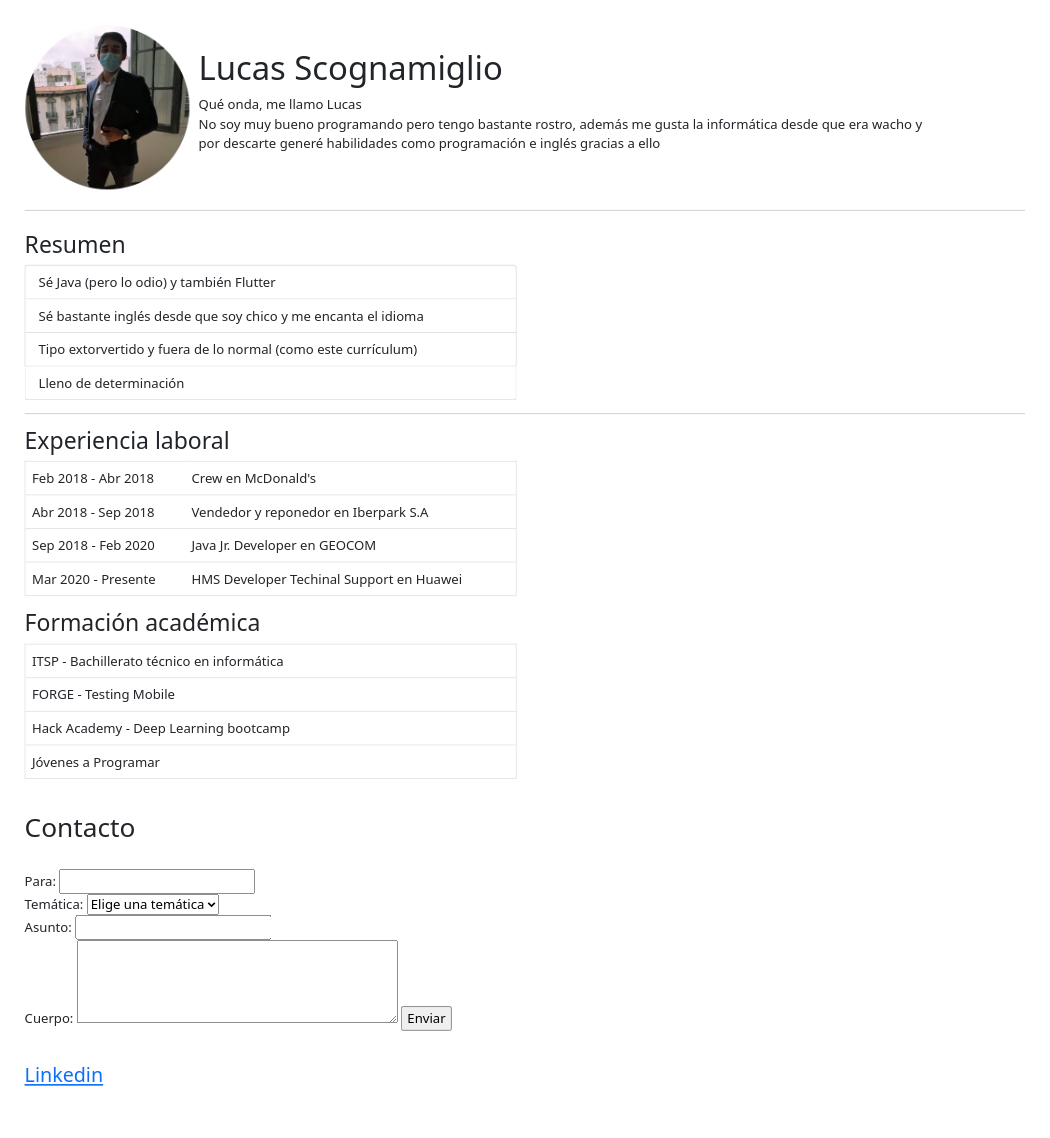
Repository: ScoggoDev/DesarrolloWeb
Page: tarea en equipo 1/CV/cv.html
The author's editor kept a copy of each file at every save. The page is drawn from the files as they stood at one save, then again after the next save.
The browser window is 1280 px wide. The pictures show the whole page, at 82% of full size.

Above is the page before, as saved 2021-07-15 16:38:10.

After the next save:
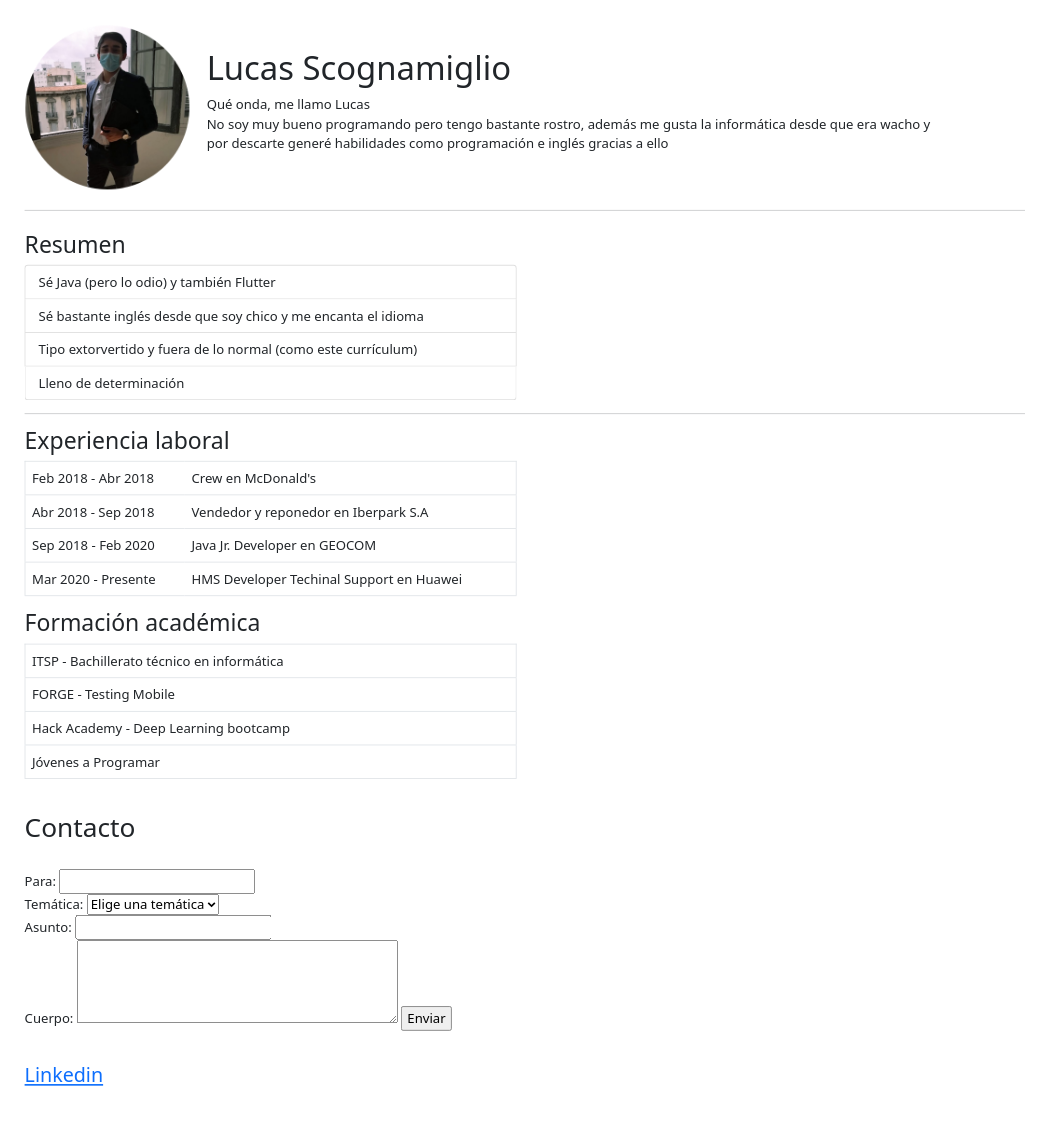
Saved 5 s later.
--- a/tarea en equipo 1/CV/cv.html
+++ b/tarea en equipo 1/CV/cv.html
@@ -10,7 +10,7 @@
     <table >
       <td><img src="../circle-cropped.png" alt="Lucas Scognamiglio" width="200" height="200"></td>
 
-      <td style="padding-left: 10px;"><h1>Lucas Scognamiglio</h1>
+      <td style="padding-left: 20px;"><h1>Lucas Scognamiglio</h1>
           <p>Qué onda, me llamo Lucas<br> No soy muy bueno programando pero tengo bastante rostro, además me gusta la informática desde que era wacho y <br>por descarte generé habilidades como programación e inglés gracias a ello <br> </p></td>
     </table>
 
